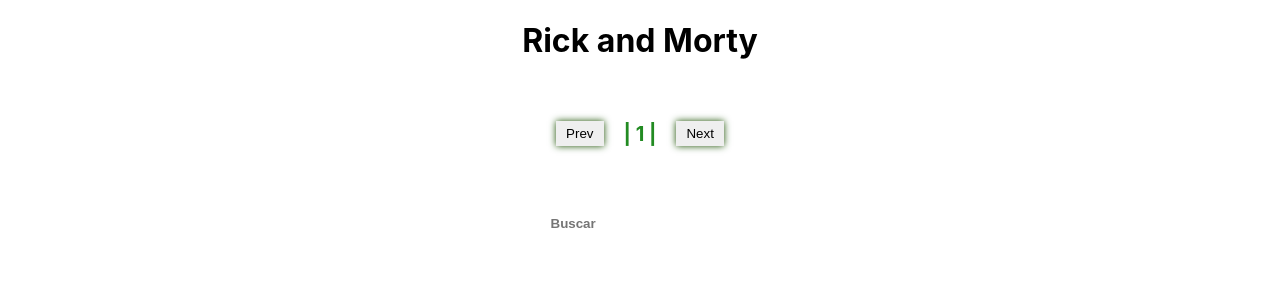
Repository: DanielVegaf/rick-and-morty-api
Page: /
An editor plug-in stored every save of this project. The page is shown before and after the next save, followed by the edit.
The browser window is 1280 px wide. The pictures show the whole page.
The page's requests for data from a server got no answer. The project was rebuilt for these pictures with package versions that can differ from the ones it lists, and the page was loaded fresh each time. No one was signed in, and anything a server would have sent is missing. Also part of the build but not shown: vite.config.js.

Above is the page before, as saved 2022-07-08 19:47:07.

After the next save:
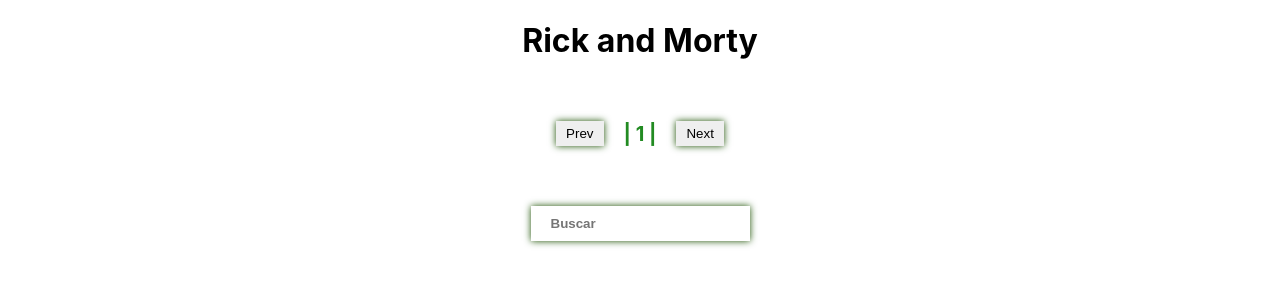
Saved 21 s later.
--- a/src/App.css
+++ b/src/App.css
@@ -37,6 +37,7 @@
   margin: 20px 0 40px;
   padding: 10px 20px;
   border: none;
+  box-shadow: 0 0 7px rgb(27, 80, 2);
   font-weight: bold;
   outline: none;
 }
